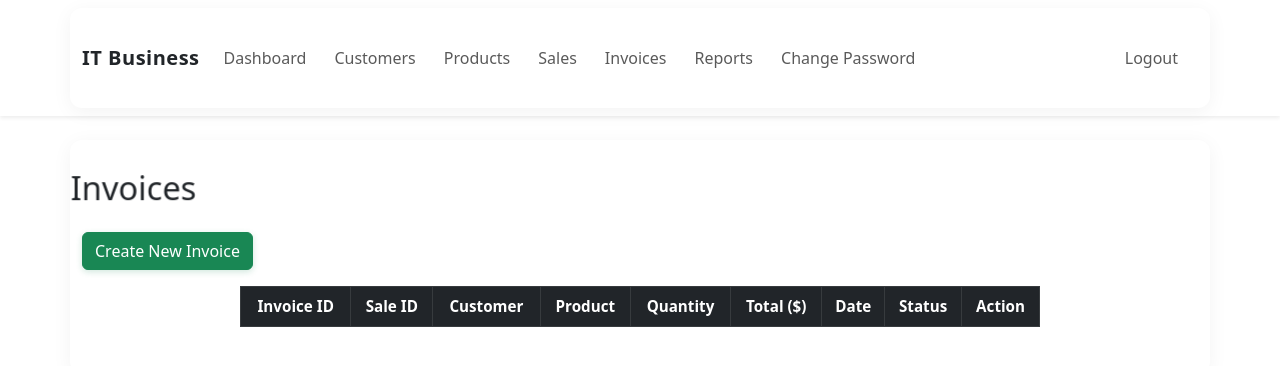
Repository: asmsaifulislam/it_business
Page: http://localhost/invoice
The author's editor kept a copy of each file at every save. The page is drawn from the files as they stood at one save, then again after the next save.
The browser window is 1280 px wide. The pictures show the whole page.
The page is served by the project's application, run on Flask 3 (app.py). The session is filled in as if someone had signed in: {"user_id": 1}. Queries for data that is not in the repository find no rows.

Above is the page before, as saved 2025-09-05 11:58:03.

After the next save:
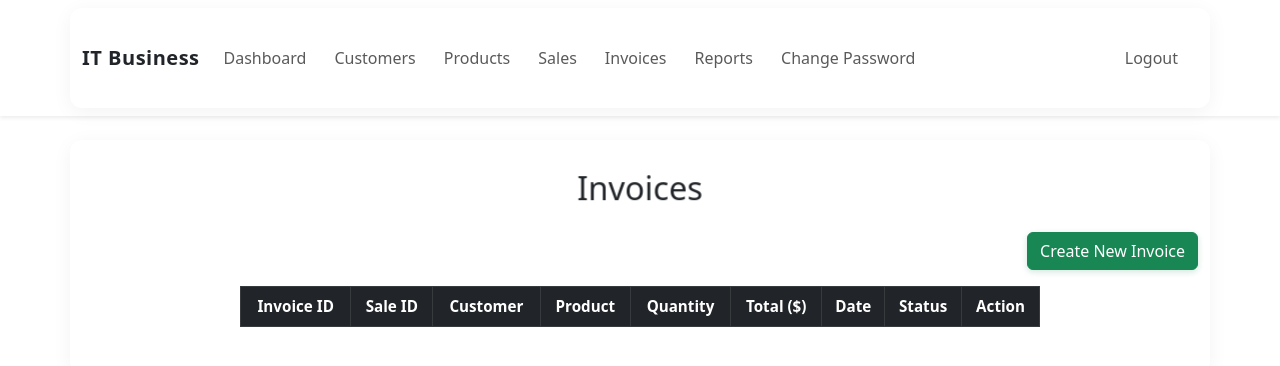
Saved 76 s later.
--- a/templates/invoice.html
+++ b/templates/invoice.html
@@ -1,53 +1,58 @@
 {% extends 'base.html' %}
 
 {% block content %}
-<h2 class="mb-4">Invoices</h2>
+<h2 class="mb-4 text-center">Invoices</h2>
 
 <!-- Create Invoice Button -->
-<a href="{{ url_for('create_invoice') }}" class="btn btn-success mb-3">Create New Invoice</a>
+<div class="text-end mb-3">
+    <a href="{{ url_for('create_invoice') }}" class="btn btn-success">Create New Invoice</a>
+</div>
 
-<table class="table table-bordered table-hover">
-    <thead class="table-dark">
-        <tr>
-            <th>Invoice ID</th>
-            <th>Sale ID</th>
-            <th>Customer</th>
-            <th>Product</th>
-            <th>Quantity</th>
-            <th>Total ($)</th>
-            <th>Date</th> <!-- ✅ New Column -->
-            <th>Status</th>
-            <th>Action</th>
-        </tr>
-    </thead>
-    <tbody>
-        {% for invoice in invoices %}
-        <tr>
-            <td>{{ invoice.id }}</td>
-            <td>{{ invoice.sale.id }}</td>
-            <td>{{ invoice.sale.customer.name }}</td>
-            <td>{{ invoice.sale.product.name }}</td>
-            <td>{{ invoice.sale.quantity }}</td>
-            <td>${{ "%.2f"|format(invoice.sale.total) }}</td>
-            <td>{{ invoice.sale.updated_at.strftime('%Y-%m-%d %H:%M') }}</td> <!-- ✅ Auto Date from Sale -->
-            <td>
-                {% if invoice.status == 'Paid' %}
-                    <span class="badge bg-success">Paid</span>
-                {% else %}
-                    <span class="badge bg-warning text-dark">Unpaid</span>
-                {% endif %}
-            </td>
-            <td>
-                {% if invoice.status != 'Paid' %}
-                <form action="{{ url_for('generate_invoice', sale_id=invoice.sale.id) }}" method="post" style="display:inline;">
-                    <button type="submit" class="btn btn-primary btn-sm">Generate Invoice</button>
-                </form>
-                {% else %}
-                    <button class="btn btn-secondary btn-sm" disabled>Already Paid</button>
-                {% endif %}
-            </td>
-        </tr>
-        {% endfor %}
-    </tbody>
-</table>
+<!-- Full-Width Table -->
+<div class="table-responsive">
+    <table class="table table-bordered table-hover w-100">
+        <thead class="table-dark">
+            <tr>
+                <th>Invoice ID</th>
+                <th>Sale ID</th>
+                <th>Customer</th>
+                <th>Product</th>
+                <th>Quantity</th>
+                <th>Total ($)</th>
+                <th>Date</th>
+                <th>Status</th>
+                <th>Action</th>
+            </tr>
+        </thead>
+        <tbody>
+            {% for invoice in invoices %}
+            <tr>
+                <td>{{ invoice.id }}</td>
+                <td>{{ invoice.sale.id }}</td>
+                <td>{{ invoice.sale.customer.name }}</td>
+                <td>{{ invoice.sale.product.name }}</td>
+                <td>{{ invoice.sale.quantity }}</td>
+                <td>${{ "%.2f"|format(invoice.sale.total) }}</td>
+                <td>{{ invoice.sale.updated_at.strftime('%Y-%m-%d %H:%M') }}</td>
+                <td>
+                    {% if invoice.status == 'Paid' %}
+                        <span class="badge bg-success">Paid</span>
+                    {% else %}
+                        <span class="badge bg-warning text-dark">Unpaid</span>
+                    {% endif %}
+                </td>
+                <td>
+                    {% if invoice.status != 'Paid' %}
+                    <form action="{{ url_for('generate_invoice', sale_id=invoice.sale.id) }}" method="post" style="display:inline;">
+                        <button type="submit" class="btn btn-primary btn-sm">Generate Invoice</button>
+                    </form>
+                    {% else %}
+                        <button class="btn btn-secondary btn-sm" disabled>Already Paid</button>
+                    {% endif %}
+                </td>
+            </tr>
+            {% endfor %}
+        </tbody>
+    </table>
+</div>
 {% endblock %}
